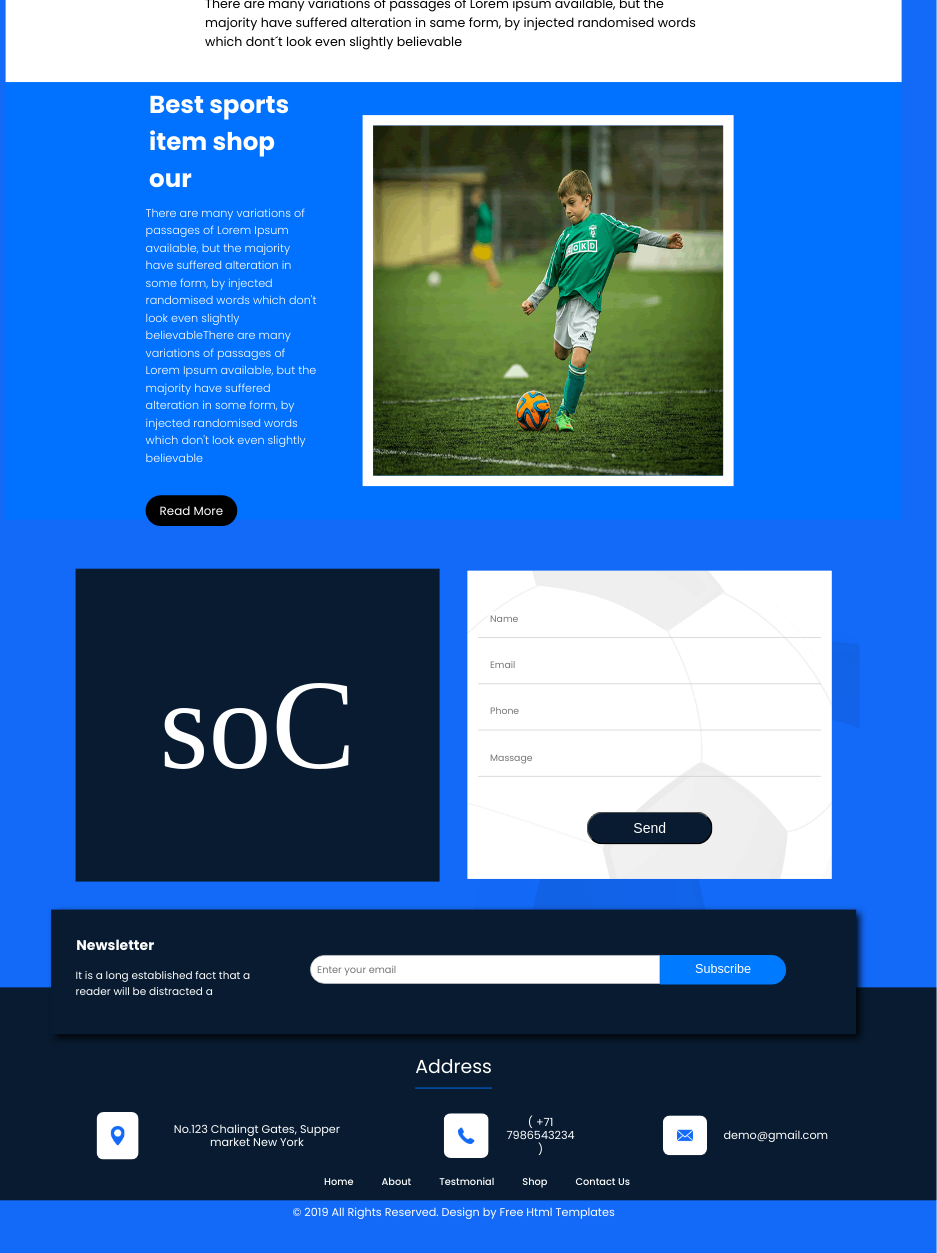
Repository: Vinicius9922/Projeto-Web
Page: index.html
An editor plug-in stored every save of this project. The page is shown before and after a run of saves, followed by the edit.
The browser window is 1280 px wide. The page is 1338 px wide, so the pictures cover 1338 px, including what lies to the right of the window. The pictures show the part of the page from y = 2009 to 3849 px (the page is 3799 px tall before and 3849 px after), at 70% of full size.

Above is the page before, as saved 2024-12-13 20:20:58.

After the next 3 saves:
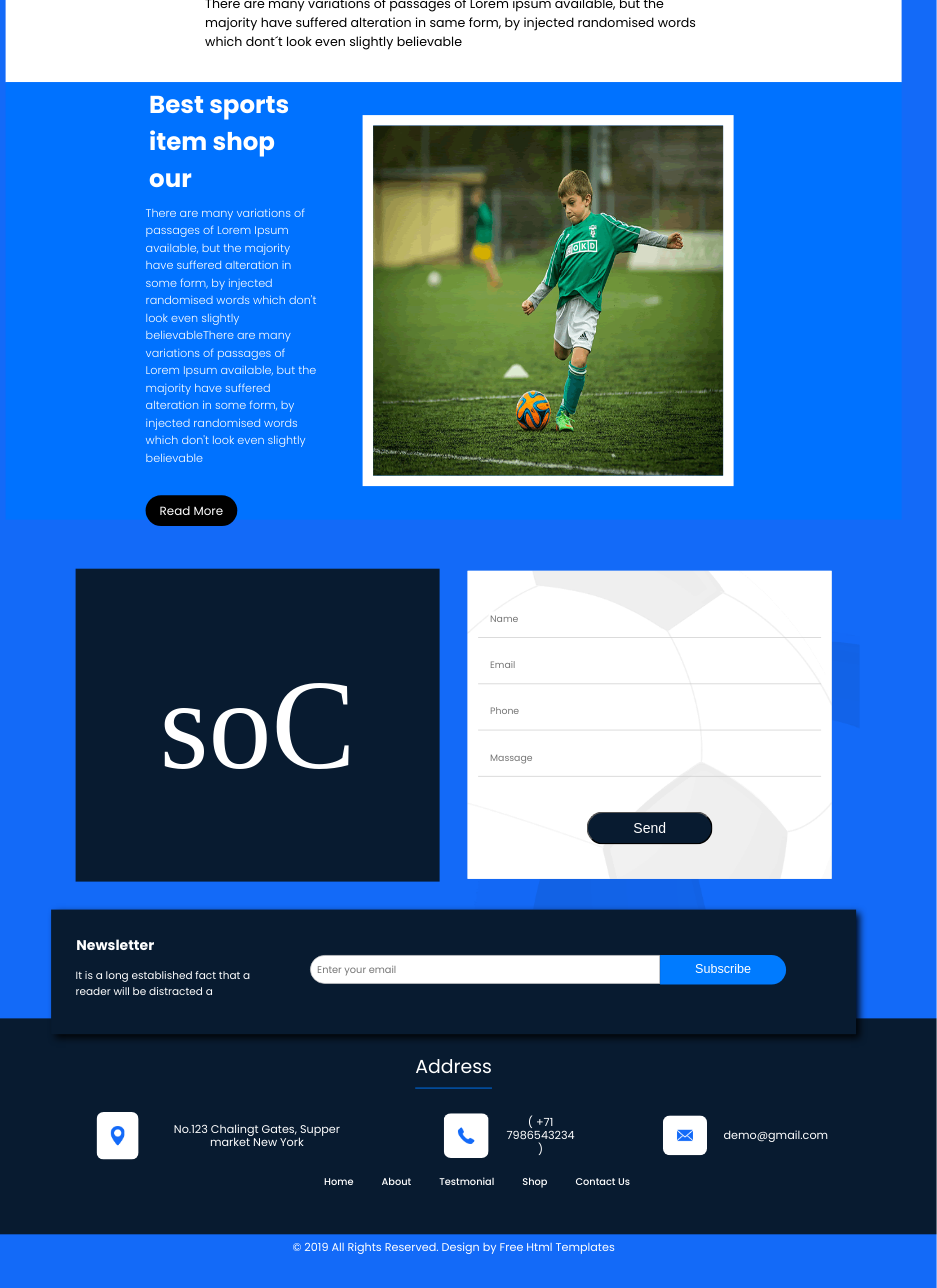
The 3 saves are shown as one change because they came seconds apart.
The last was saved 8 s later.
--- a/index.css
+++ b/index.css
@@ -468,5 +468,5 @@
 .last-info{
    color:white;
    align-items:center;
-
-}
+   padding-top: 50px;
+}

After the save that followed:
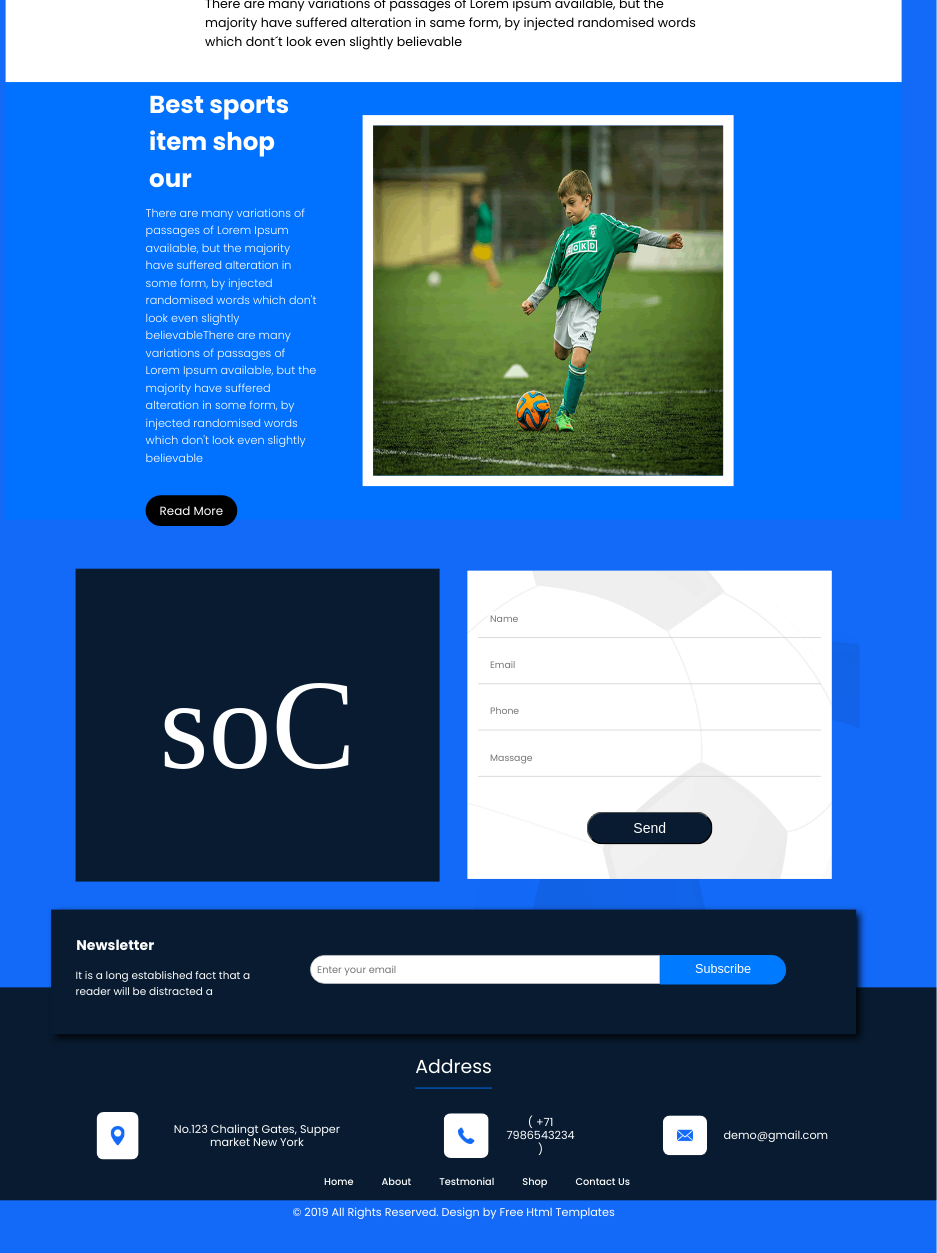
Saved 9 s later.
--- a/index.css
+++ b/index.css
@@ -468,5 +468,5 @@
 .last-info{
    color:white;
    align-items:center;
-   padding-top: 50px;
-}
+   /* padding-top: 50px; */
+}
